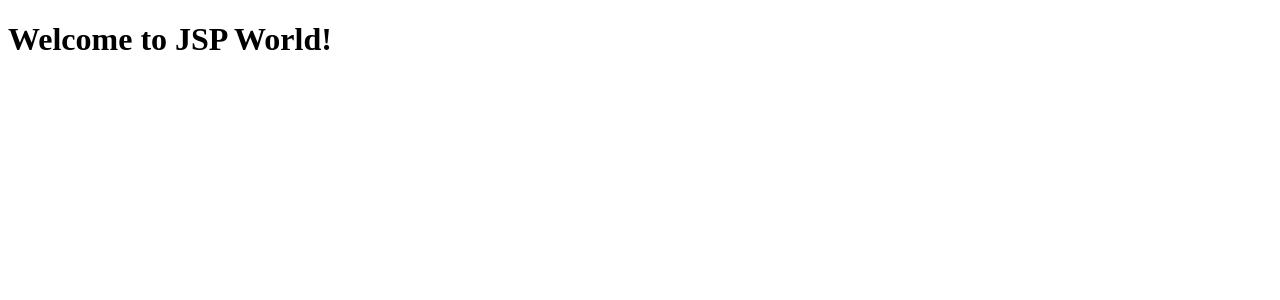
Repository: Umc404/jsp
Page: http://localhost/jsp_study/
These files come from the project's save history. The page is drawn as it stood at one moment and after the next save; the edit follows.
The browser window is 1280 px wide. The pictures show the whole page.
The page is served by Tomcat 9. Other server files are loaded and not shown.

Above is the page before, as saved 2024-10-22 04:09:17.

### jsp_study/src/main/webapp/index.jsp
<%@ page language="java" contentType="text/html; charset=UTF-8"
    pageEncoding="UTF-8"%>
<!DOCTYPE html>
<html>
<head>
<meta charset="UTF-8">
<title>Insert title here</title>
</head>
<body>
	<h1>Welcome to JSP World!</h1>

</body>
</html>

After the next save:
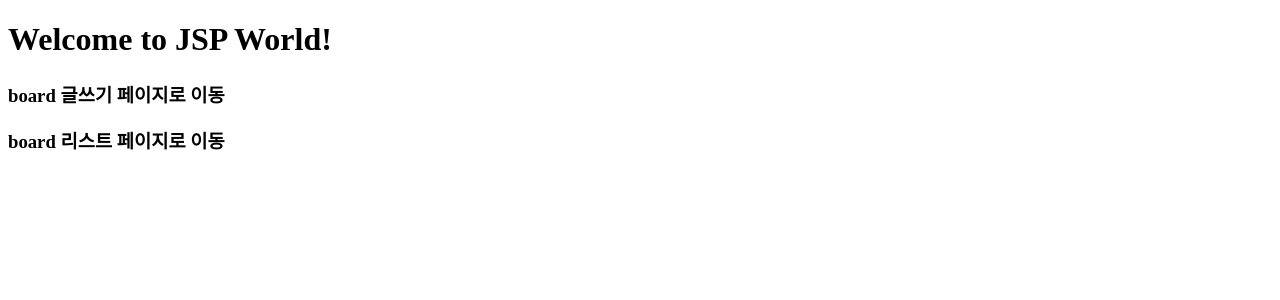
Saved 3 min 45 s later.
--- a/jsp_study/src/main/webapp/index.jsp
+++ b/jsp_study/src/main/webapp/index.jsp
@@ -8,6 +8,7 @@
 </head>
 <body>
 	<h1>Welcome to JSP World!</h1>
-
+	<h3><a>board 글쓰기 페이지로 이동</a></h3>
+	<h3><a>board 리스트 페이지로 이동</a></h3>
 </body>
 </html>
